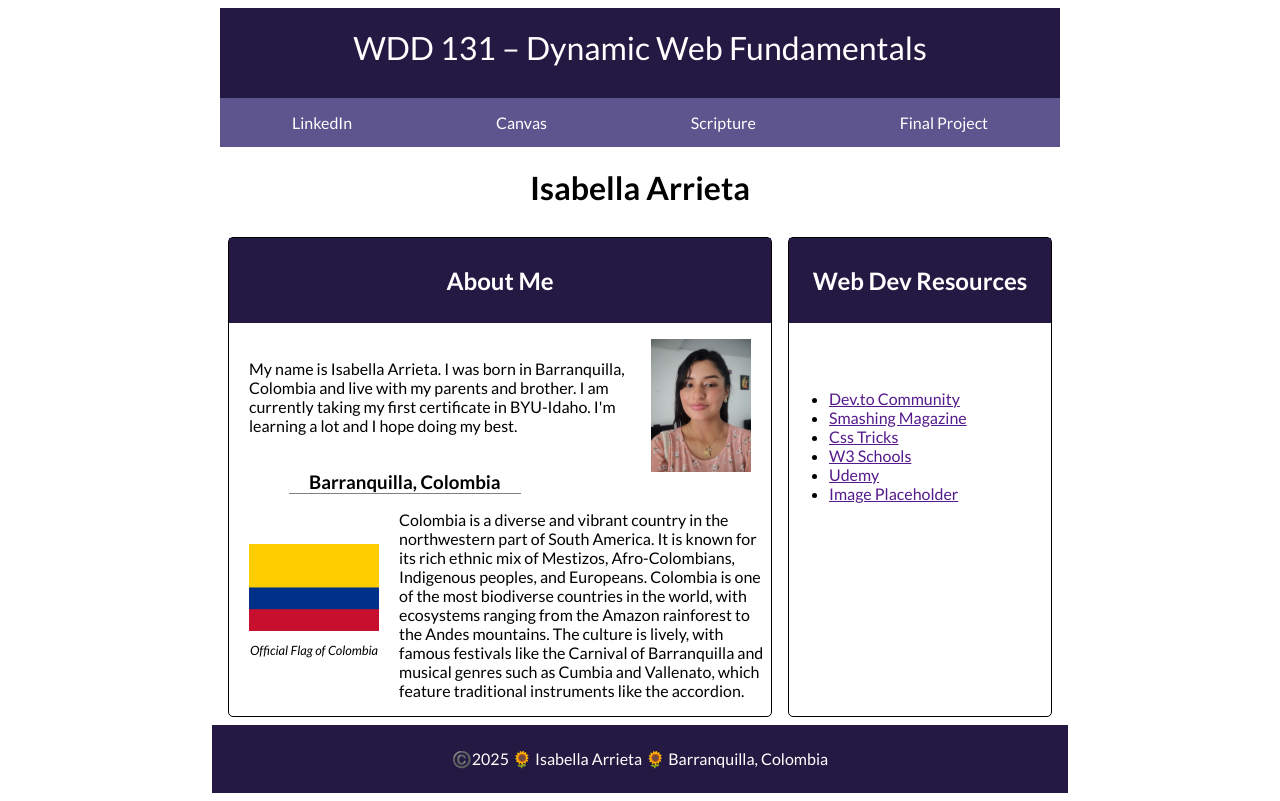
Repository: isaAJ05/wdd131
Page: index.html
An editor plug-in stored every save of this project. The page is shown before and after the next save, followed by the edit.
The browser window is 1280 px wide. The pictures show the whole page.
Some web fonts or font styles are not loaded; a fallback is used.

Above is the page before, as saved 2025-07-04 03:44:00.

### index.html
<!DOCTYPE html>
<html lang="en">
<head>
    <meta charset="UTF-8">
    <meta name="viewport" content="width=device-width, initial-scale=1.0">
    <title>WDD 131 – Dynamic Web Fundamentals – Isabella Arrieta</title>
    <meta name="description" content="WDD 131 – Dynamic Web Fundamentals Isabella Arrieta, This is a page about me">
    <meta name="author" content="Isabella Arrieta">
    <link rel="stylesheet" href="styles/base.css">
    <link rel="preconnect" href="https://fonts.googleapis.com">
    <link rel="preconnect" href="https://fonts.gstatic.com" crossorigin>
    <link href="https://fonts.googleapis.com/css2?family=Lato:ital,wght@0,100;0,300;0,400;0,700;0,900;1,100;1,300;1,400;1,700;1,900&family=Open+Sans:ital,wght@0,300..800;1,300..800&family=Play:wght@400;700&family=Raleway:ital,wght@0,100..900;1,100..900&display=swap" rel="stylesheet">
    <script src="scripts/getdates.js" defer></script>
</head>
<body>
    <header>
        <div class="header-title">
            <span id="course-title">WDD 131 – Dynamic Web Fundamentals</span>
        </div>
        <nav>
            <a href="https://www.linkedin.com/in/isabella-arrieta/">LinkedIn</a>
            <a href="https://byupw.instructure.com/">Canvas</a>
            <a href="https://www.churchofjesuschrist.org/study/scriptures/bofm/alma/30?lang=eng&id=p44#p44">Scripture</a>
            <a href="">Final Project</a>

        </nav>
    </header>
    <main>

        <h1>Isabella Arrieta</h1>
        <section class="card">
            <div class="rectangle">
                <h2>About Me</h2>
            </div>
            <div class="presentation">
            <img src ="images/isa-picture.jpg" alt="Isabella Arrieta picture">
            <p>My name is Isabella Arrieta. I was born in Barranquilla, Colombia and live with my parents and brother. I am currently taking my first certificate in BYU-Idaho. I'm learning a lot and I hope doing my best. </p>
            <h3>Barranquilla, Colombia</h3>
            </div>
            <div class="country">
            <figure>
                <img src ="images/640px-Flag_of_Colombia.svg.webp" alt="Colombia flag">
                <figcaption>Official Flag of Colombia</figcaption>
            </figure>
            <p>Colombia is a diverse and vibrant country in the northwestern part of South America. It is known for its rich ethnic mix of Mestizos, Afro-Colombians, Indigenous peoples, and Europeans. Colombia is one of the most biodiverse countries in the world, with ecosystems ranging from the Amazon rainforest to the Andes mountains. The culture is lively, with famous festivals like the Carnival of Barranquilla and musical genres such as Cumbia and Vallenato, which feature traditional instruments like the accordion.</p>
            </div>
            </section>
        <section class="card">
            <div class="rectangle">
                <h2>Web Dev Resources</h2>
            </div>
                <ul>
                <li><a href="">Dev.to Community</a></li>
                <li><a href="">Smashing Magazine</a></li>
                <li><a href="">Css Tricks</a></li>
                <li><a href="">W3 Schools</a></li>
                <li><a href="">Udemy</a></li>
                <li><a href="">Image Placeholder</a></li>
            </ul>

        </section>
    </main>
    <footer>
        <p>
            ©️<span id="currentyear"></span> 🌻 Isabella Arrieta 🌻 Barranquilla, Colombia
        </p>
        <p>
            <span id="lastModified"></span>
        </p>
    </footer>

</body>
</html>

### styles/base.css
:root {
    --primary-color: #231942;
    --secondary-color: #5e548e;
    --accent1-color: #ffafcc;
    --accent2-color: #bde0fe;
    --accent3-color: #a2d2ff;
    --font: "Lato", sans-serif;
}
header, main, footer {
    width: 840px;
    margin: 0 auto;
    font-family: var(--font);
}
.course-title{
    display: block;

}
.header-title {
    color:white;
	height: 50px;
    padding: 20px;
    font-size: 2rem;
    text-align: center;
    background: var(--primary-color);

}

nav{
    display: flex;
    justify-content: space-around;
    text-decoration: none;
    background: var(--secondary-color);
}
nav a{
    color: #fff;
    text-decoration: none;
    padding: 15px;
}

nav a:hover {
	text-decoration: overline;
}

/* larger/wider views **************************/
@media (min-width: 640px) {
	nav ul {
		display: flex;
	}

	nav ul li {
		flex: 1 0 auto;
}

main{
    display: grid;
    grid-template: auto 1fr / 2fr 1fr;
}
main h1{
    grid-column: 1/3;
    text-align: center;
}
section{
    border: 1px solid black;
    border-radius: 5px;
    margin: 8px;
}

.card .rectangle{
    color:white;
    padding: 8px;
    text-align: center;
    background: var(--primary-color);


}
.presentation img{
    float: right;
    padding: 0px 20px 20px 20px;
    width:100px ;
    height: auto;

}
.presentation p{
    padding: 20px 20px;
}
.card h3{
    display: inline-block;
    border-bottom: 1px solid gray;
    padding: 0 20px;
    margin: 0 60px;
    text-align: center;
    align-items: center;
}

.country{
    display: flex;
    flex: 1 0 auto;
    align-items: center;
}
.card figure{
    margin: 0;
    padding: 0;
}
.card figure img{
    width: 130px;
    height: auto;
    padding: 0 20px;
}
.card figure figcaption{
    text-align: center;
    font-style: italic;
    padding: 8px;
    font-size: 0.8rem;
}


.card ul{
    padding-top: 50px;
}

footer{
    color:  #fff;
    background: var(--primary-color);
    text-align: center;
    padding: 8px;
}

### scripts/getdates.js
const year = document.querySelector("#currentyear");
const today = new Date();
year.innerHTML = `<span class="highlight">${today.getFullYear()}</span>`;

After the next save:
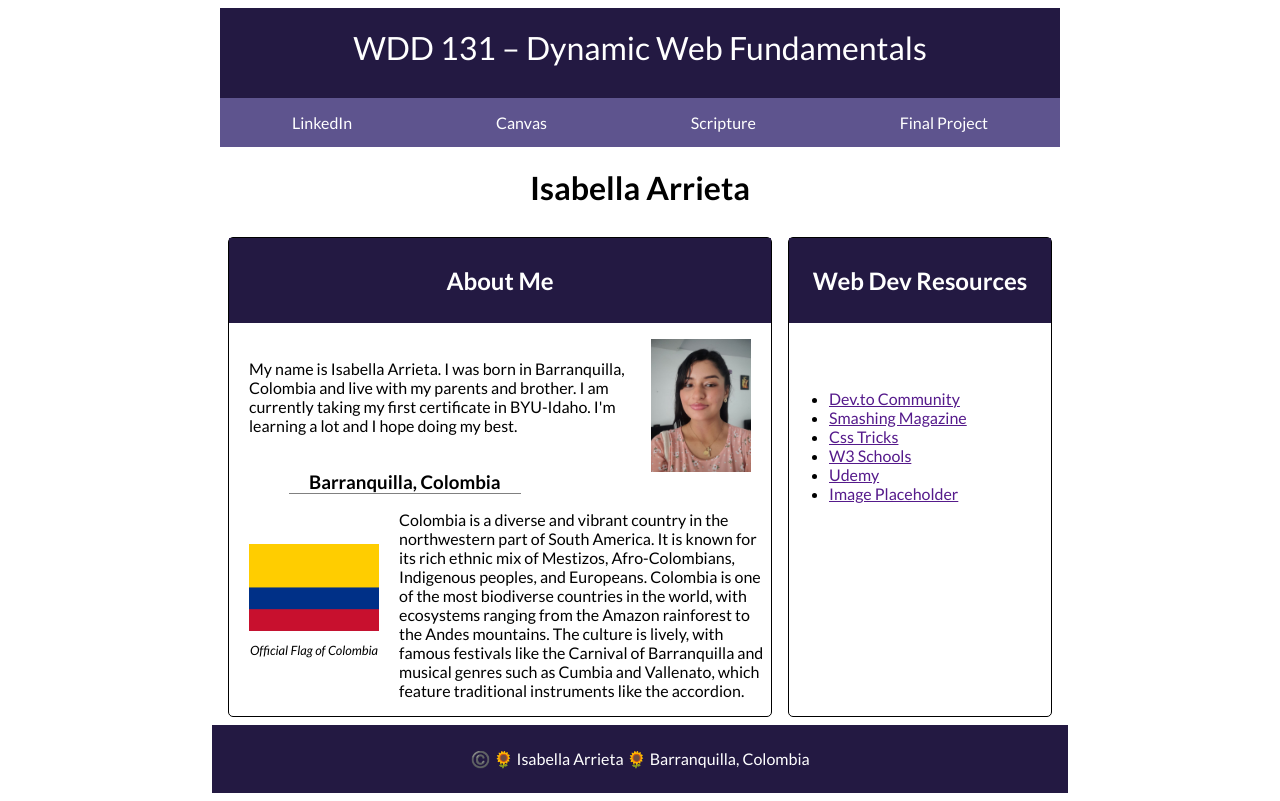
Console error: SyntaxError: Identifier 'year' has already been declared
Saved 12 s later.
--- a/scripts/getdates.js
+++ b/scripts/getdates.js
@@ -1,3 +1,4 @@
 const year = document.querySelector("#currentyear");
 const today = new Date();
 year.innerHTML = `<span class="highlight">${today.getFullYear()}</span>`;
+const year = document.querySelector("#currentyear");

After the 2 saves that followed:
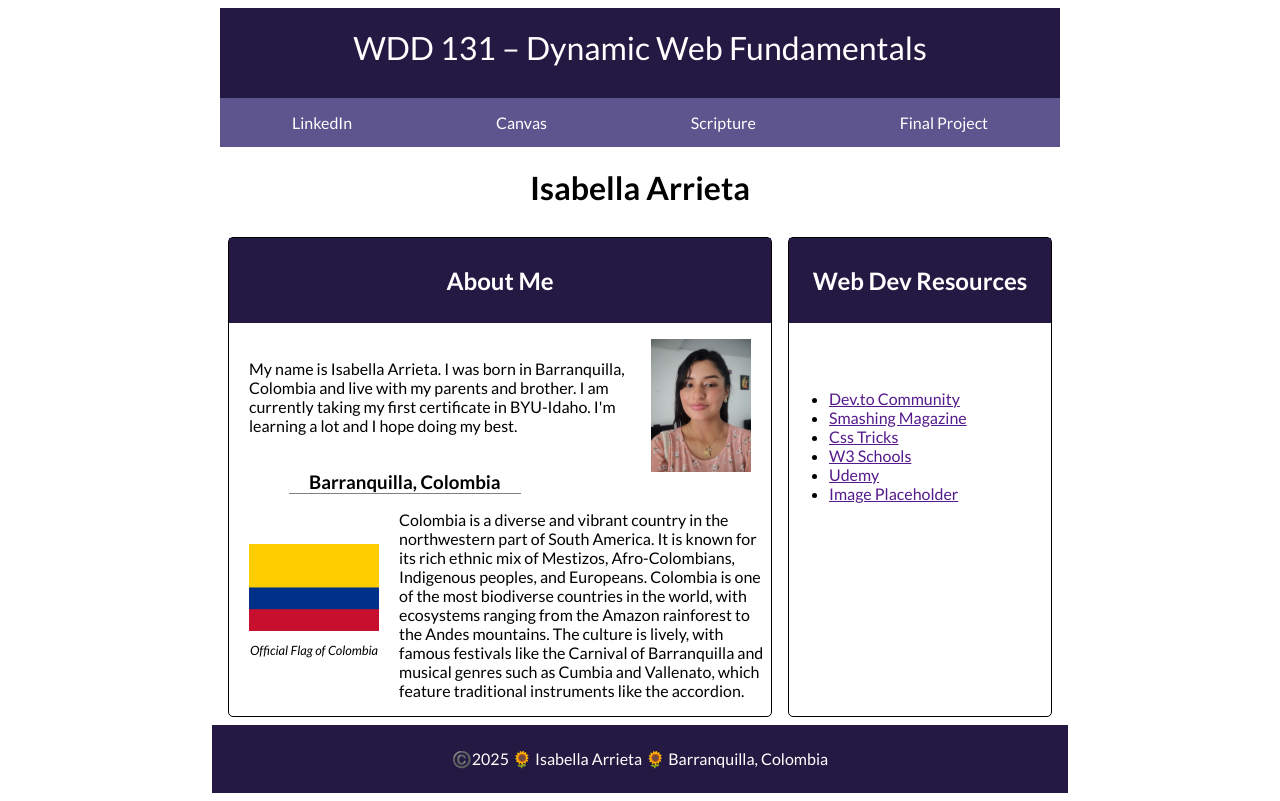
The error is gone.
The 2 saves are shown as one change because they came seconds apart.
The last was saved 7 s later.
--- a/scripts/getdates.js
+++ b/scripts/getdates.js
@@ -1,4 +1,4 @@
 const year = document.querySelector("#currentyear");
 const today = new Date();
 year.innerHTML = `<span class="highlight">${today.getFullYear()}</span>`;
-const year = document.querySelector("#currentyear");
+const lastMod = document.querySelector("#currentyear");
